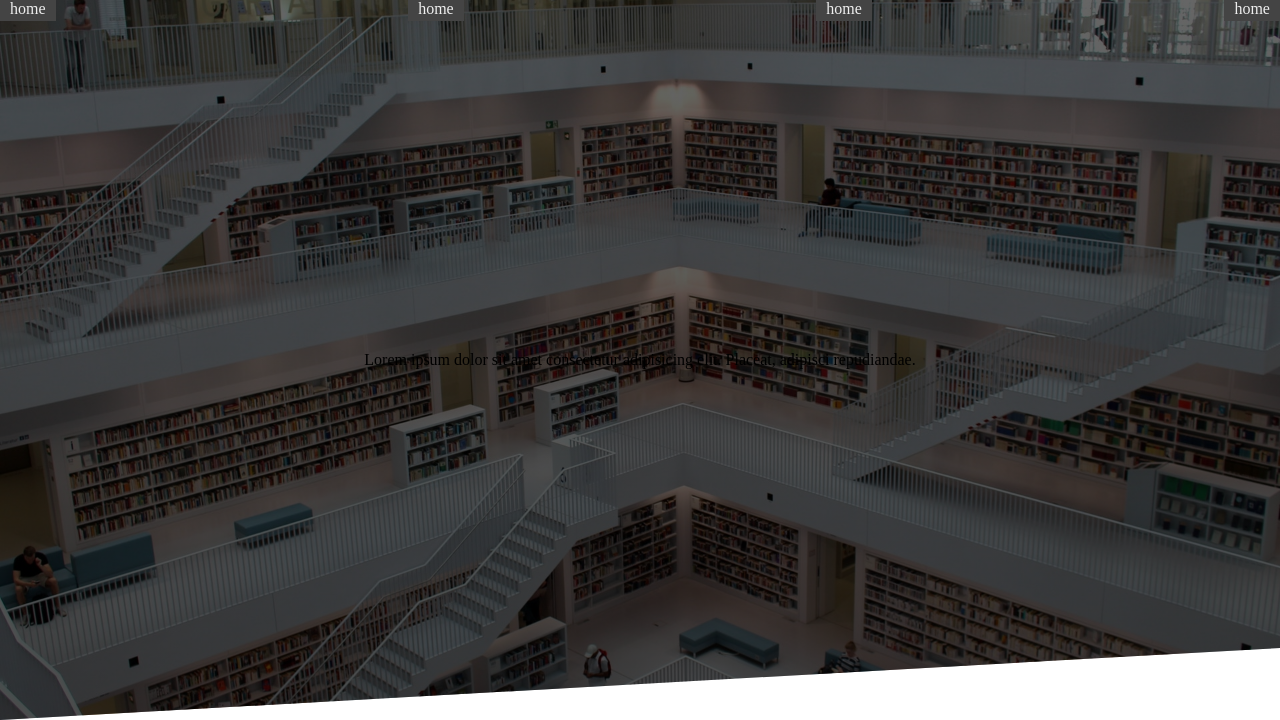
Repository: imedakrouti/BookStore
Page: ex.html
The author's editor kept a copy of each file at every save. The page is drawn from the files as they stood at one save, then again after the next save.
The browser window is 1280 px wide. The pictures show the whole page.

Above is the page before, as saved 2020-05-06 21:45:02.

### ex.html
<!DOCTYPE html>
<html lang="en">
<head>
    <meta charset="UTF-8">
    <meta name="viewport" content="width=device-width, initial-scale=1.0">
    <title>Document</title>
</head>
<style>
    *{
        margin: 0;
        padding: 0;
        box-sizing: border-box;
    }
    header{
    height: 100vh;
    background:linear-gradient(rgba(0,0,0,0.6),rgba(0,0,0,0.7)),url('images/img/header-bg.jpeg')no-repeat fixed center /cover;
    clip-path: polygon(0 0, 100% 0, 100% 90%, 0 100%);
    display: flex;
    align-items: center;
    justify-content: center;
  }
    .nav{
        align-self: start;
        position: absolute;
        width: 100%;
    }
    ul{
      display: flex;
      justify-content: space-between;
    }
    ul li{
        list-style: none;
    }
    ul li a{
        text-decoration: none;
        padding: 4px 10px;
        color:#eee;
        background:#444;
    }

</style>
<body>
    <header>
        <div class="nav">
            <ul>
                <li><a href="">home</a></li>
                <li><a href="">home</a></li>
                <li><a href="">home</a></li>
                <li><a href="">home</a></li>

            </ul>
        </div>
        <div class="logo">
            <p>Lorem ipsum dolor sit amet consectetur adipisicing elit. Placeat, adipisci repudiandae.</p>
        </div>
    </header>

</body>
</html>

After the next save:
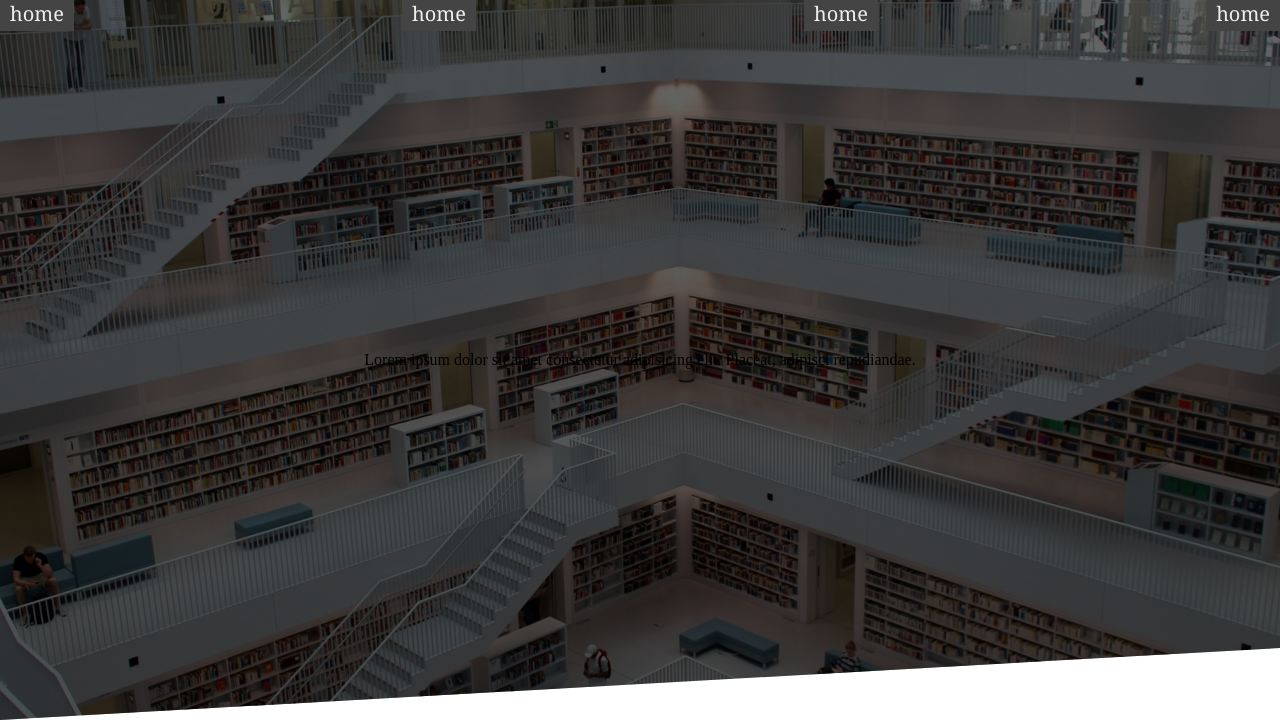
Saved 34 s later.
--- a/ex.html
+++ b/ex.html
@@ -36,6 +36,8 @@
         padding: 4px 10px;
         color:#eee;
         background:#444;
+        font-size: 20px;
+        font-family: Cambria, Cochin, Georgia, Times, 'Times New Roman', serif;
     }
 
 </style>
